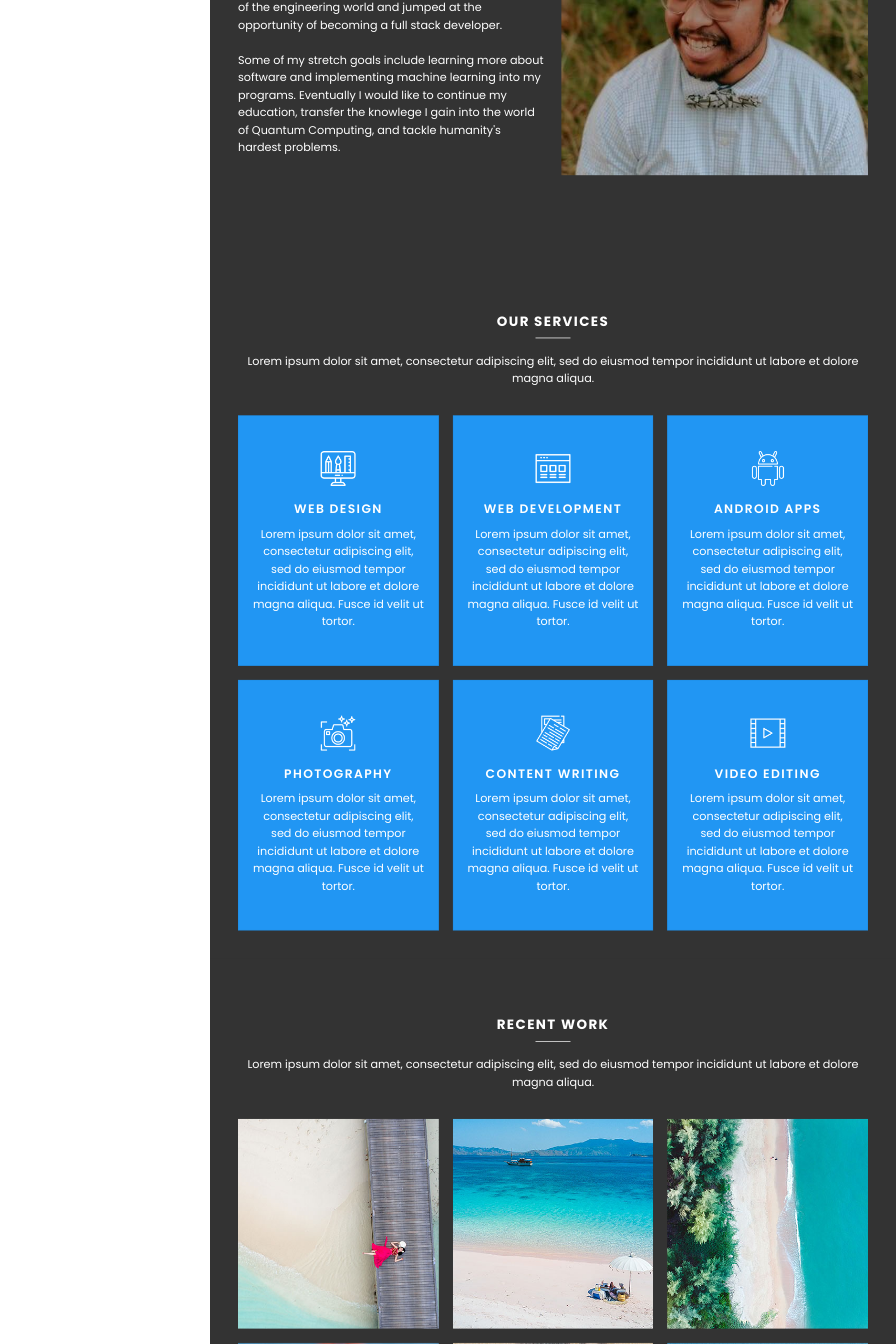
Repository: RussPalms/portforlio-1
Page: index.html
These files come from the project's save history. The page is drawn as it stood at one moment and after the next save; the edit follows.
The browser window is 1280 px wide. The pictures show the part of the page from y = 1076 to 2996 px (the page is 5693 px tall), at 70% of full size.
Empty fields were first filled with sample values (such as "Sample", 5 or name@example.com).
After loading, the first visible `div.themeSwitch` was clicked once.

Above is the page before, as saved 2021-11-28 16:01:09.

After the next save:
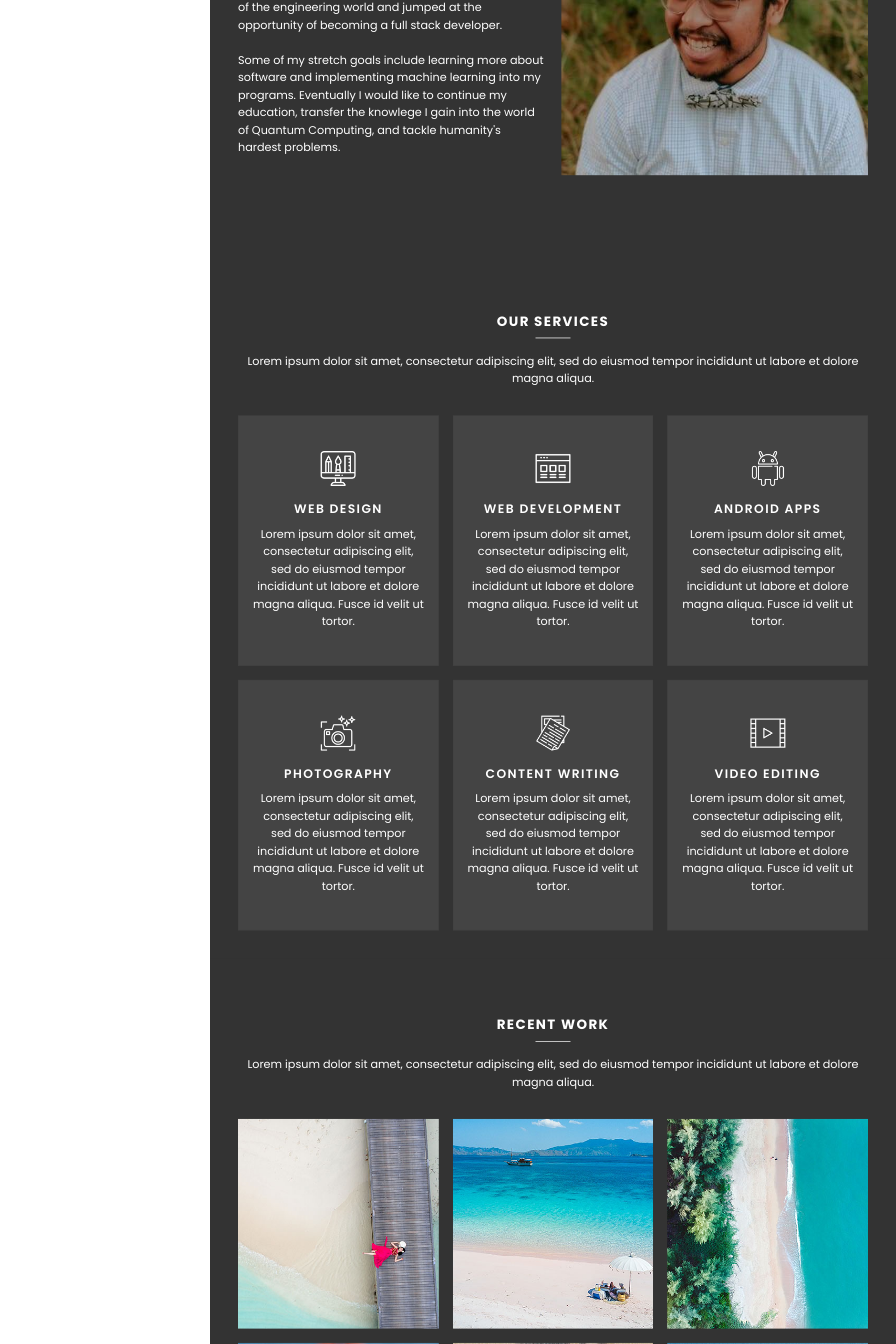
Saved 10 s later.
--- a/style.css
+++ b/style.css
@@ -322,7 +322,7 @@ p {
 	flex-direction: column;
 }
 
-.dark .services .content .serviceBox {
+.dark .services .content .serviceBox:hover {
 	background: #2196f3;
 }
 
